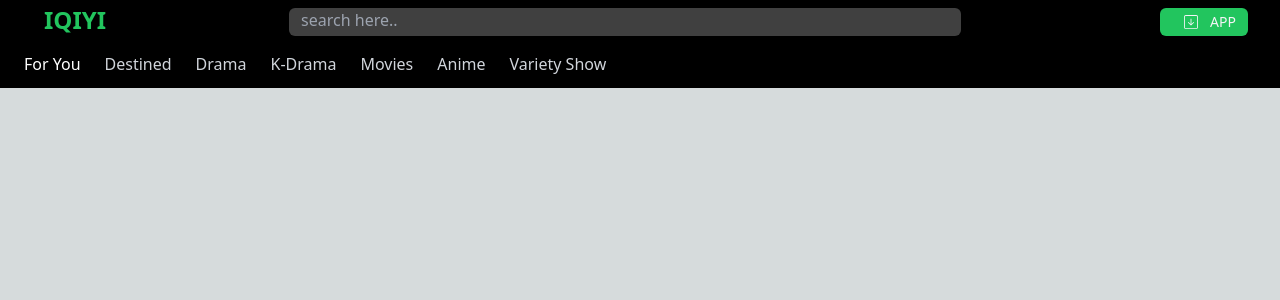
Repository: cozocozy/iqiyi-clone
Page: /
An editor plug-in stored every save of this project. The page is shown before and after the next save, followed by the edit.
The browser window is 1280 px wide. The pictures show the whole page.
The project was rebuilt for these pictures with package versions that can differ from the ones it lists, and the page was loaded fresh each time. The framework's server and built-in components were replaced by stand-ins that run in the browser. Also part of the build but not shown: next.config.js.

Above is the page before, as saved 2023-07-16 10:47:22.

After the next save:
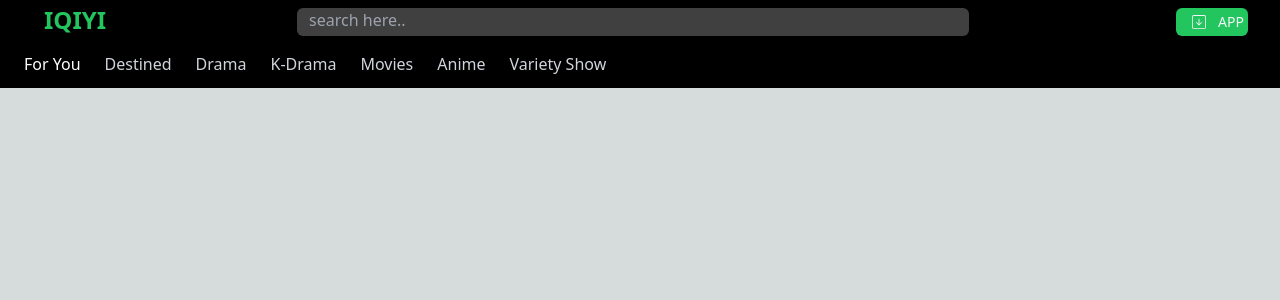
Saved 12 s later.
--- a/pages/components/Header.tsx
+++ b/pages/components/Header.tsx
@@ -23,7 +23,7 @@
         </div>
 
         {/* right part */}
-        <button className="flex flex-row mr-8 p-3 mt-1 rounded rounded-md h-7 justify-between mx-3 bg-green-500 text-gray-100 items-center">
+        <button className="flex flex-row mr-8 p-1 mt-1 rounded rounded-md h-7 justify-between mx-3 bg-green-500 text-gray-100 items-center">
           <div className="mx-3">
             <BsArrowDownSquare size={14} />
           </div>
